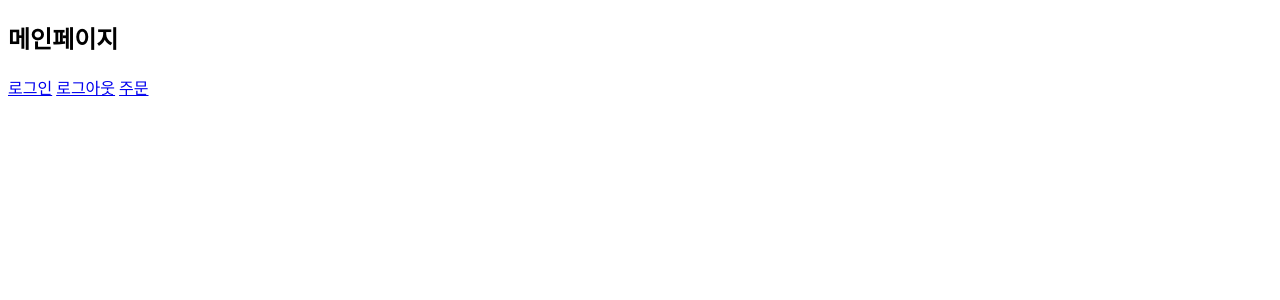
Repository: mvcfvsgdj/javaee
Page: http://localhost/login_09_5/home
An editor plug-in stored every save of this project. The page is shown before and after a run of saves, followed by the edit.
The browser window is 1280 px wide. The pictures show the whole page.
The page is served by Tomcat 9. Other server files are loaded and not shown.

Above is the page before, as saved 2023-09-05 03:28:18.

### login_09_5/src/main/webapp/WEB-INF/views/home.jsp
<%@ page language="java" contentType="text/html; charset=UTF-8"
    pageEncoding="UTF-8"%>
<!DOCTYPE html>
<html>
<head>
<meta charset="UTF-8">
<title>Insert title here</title>
</head>
<body>

<%String id =(String) session.getAttribute("id") ;%>
<h2>메인페이지</h2>
<a href="/login_09_5/login">로그인</a>
<a href="/login_09_5/logout">로그아웃</a>
<a href="/login_09_5/order">주문</a>
</body>

</html>

### login_09_5/src/main/java/login_09_5/HomeServlet.java
package login_09_5;

import java.io.IOException;

import javax.servlet.ServletException;
import javax.servlet.annotation.WebServlet;
import javax.servlet.http.HttpServlet;
import javax.servlet.http.HttpServletRequest;
import javax.servlet.http.HttpServletResponse;


@WebServlet("/home")
public class HomeServlet extends HttpServlet{

	@Override
	protected void doGet(HttpServletRequest req, HttpServletResponse resp) throws ServletException, IOException {
		// TODO Auto-generated method stub
	req.getRequestDispatcher("WEB-INF/views/home.jsp").forward(req, resp);
	}
}

After the next 2 saves:
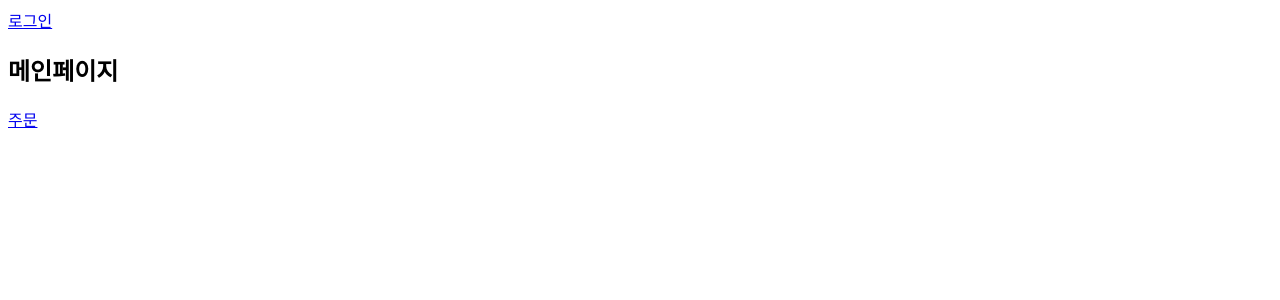
The 2 saves are shown as one change because they came seconds apart.
The last was saved 2 min 23 s later.
--- a/login_09_5/src/main/webapp/WEB-INF/views/home.jsp
+++ b/login_09_5/src/main/webapp/WEB-INF/views/home.jsp
@@ -8,10 +8,17 @@
 </head>
 <body>
 
-<%String id =(String) session.getAttribute("id") ;%>
+<%String id =(String) session.getAttribute("id") ;
+
+if(id==null){
+	%><a href="/login_09_5/login">로그인</a>
+<% }else{%>
+	<a href="/login_09_5/logout">로그아웃</a>
+
+<%}%>
 <h2>메인페이지</h2>
-<a href="/login_09_5/login">로그인</a>
-<a href="/login_09_5/logout">로그아웃</a>
+
+
 <a href="/login_09_5/order">주문</a>
 </body>
 
